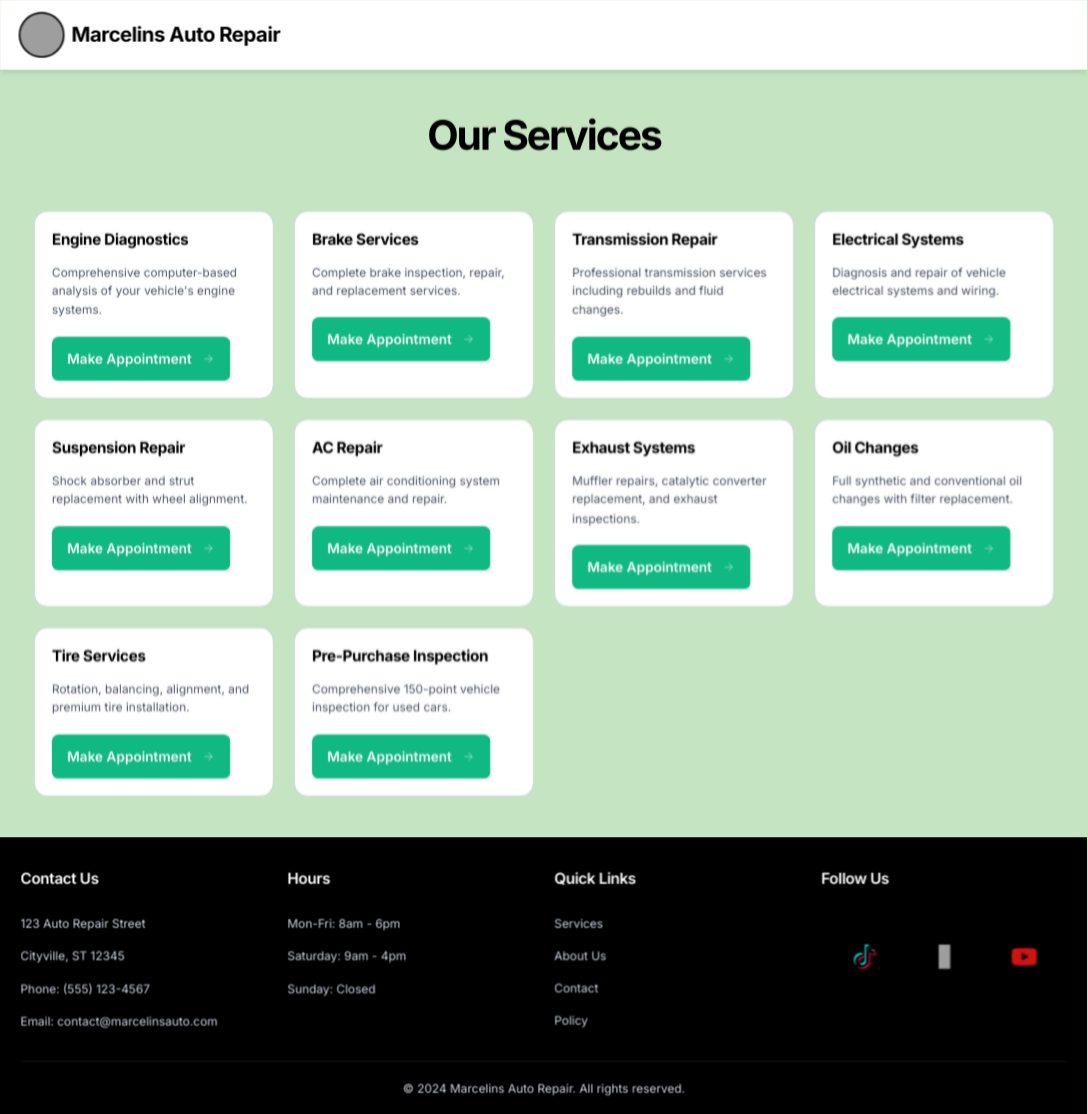
Repository: ilovegames507/twebsite-2
Page: frontend/public/service.html
The author's editor kept a copy of each file at every save. The page is drawn from the files as they stood at one save, then again after the next save.
The browser window is 1280 px wide. The pictures show the whole page, at 85% of full size.
Pictures or frames that could not be fetched are drawn as grey boxes.

Above is the page before, as saved 2025-03-19 00:02:17.

After the next save:
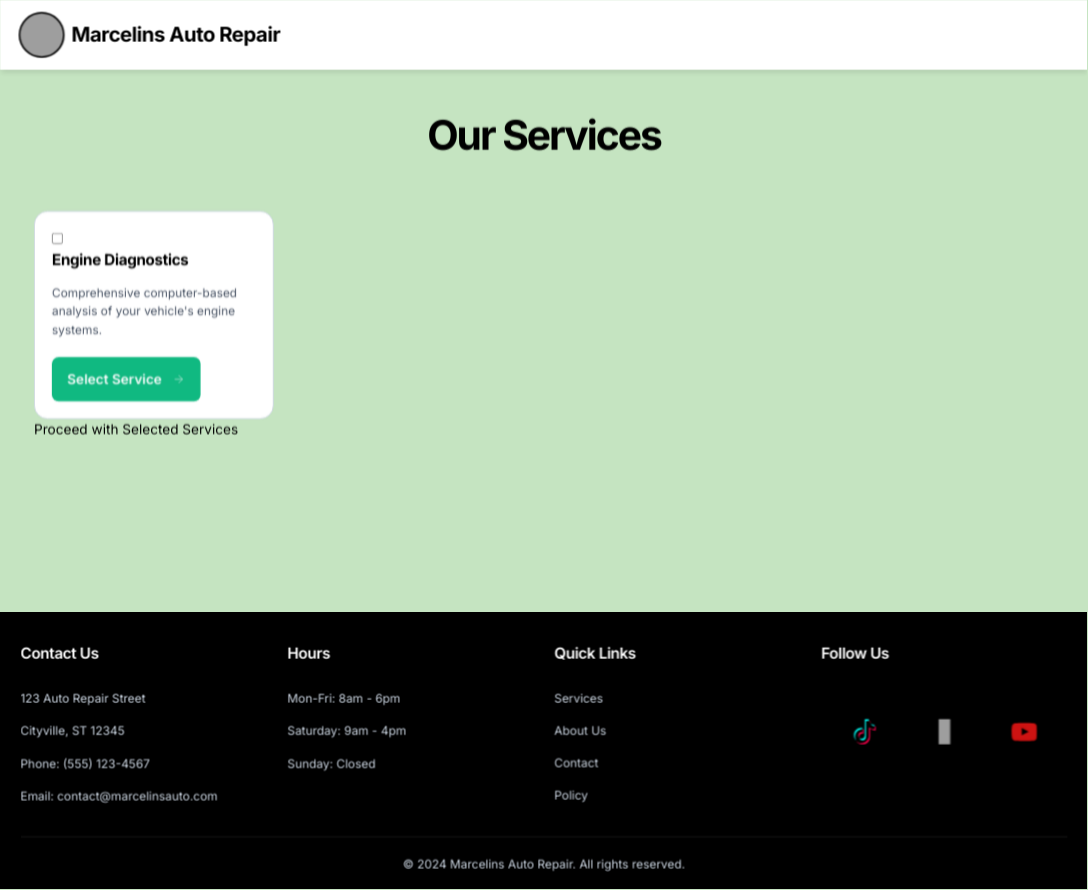
Saved 6 min 45 s later.
--- a/frontend/public/service.html
+++ b/frontend/public/service.html
@@ -24,115 +24,25 @@
     <div class="services__container">
       <h2 class="services__title">Our Services</h2>
       <div class="services__grid">
+        <!-- Modified service card example -->
         <div class="service__card">
+          <input type="checkbox" class="service__checkbox" id="engineDiagnostics">
           <h3 class="service__package">Engine Diagnostics</h3>
           <p class="service__description">Comprehensive computer-based analysis of your vehicle's engine systems.</p>
-          <button class="service__cta">
-            Make Appointment
+          <label for="engineDiagnostics" class="service__cta">
+            <span class="service__cta-text">Select Service</span>
             <svg viewBox="0 0 24 24" fill="none" stroke="currentColor">
               <path d="M5 12h14M12 5l7 7-7 7"/>
             </svg>
-          </button>
+          </label>
         </div>
 
-        <div class="service__card">
-          <h3 class="service__package">Brake Services</h3>
-          <p class="service__description">Complete brake inspection, repair, and replacement services.</p>
-          <button class="service__cta">
-            Make Appointment
-            <svg viewBox="0 0 24 24" fill="none" stroke="currentColor">
-              <path d="M5 12h14M12 5l7 7-7 7"/>
-            </svg>
-          </button>
-        </div>
+        <!-- Repeat similar structure for other services -->
+        <!-- Add checkbox and update labels for each service card -->
 
-        <div class="service__card">
-          <h3 class="service__package">Transmission Repair</h3>
-          <p class="service__description">Professional transmission services including rebuilds and fluid changes.</p>
-          <button class="service__cta">
-            Make Appointment
-            <svg viewBox="0 0 24 24" fill="none" stroke="currentColor">
-              <path d="M5 12h14M12 5l7 7-7 7"/>
-            </svg>
-          </button>
-        </div>
-
-        <div class="service__card">
-          <h3 class="service__package">Electrical Systems</h3>
-          <p class="service__description">Diagnosis and repair of vehicle electrical systems and wiring.</p>
-          <button class="service__cta">
-            Make Appointment
-            <svg viewBox="0 0 24 24" fill="none" stroke="currentColor">
-              <path d="M5 12h14M12 5l7 7-7 7"/>
-            </svg>
-          </button>
-        </div>
-
-        <div class="service__card">
-          <h3 class="service__package">Suspension Repair</h3>
-          <p class="service__description">Shock absorber and strut replacement with wheel alignment.</p>
-          <button class="service__cta">
-            Make Appointment
-            <svg viewBox="0 0 24 24" fill="none" stroke="currentColor">
-              <path d="M5 12h14M12 5l7 7-7 7"/>
-            </svg>
-          </button>
-        </div>
-
-        <div class="service__card">
-          <h3 class="service__package">AC Repair</h3>
-          <p class="service__description">Complete air conditioning system maintenance and repair.</p>
-          <button class="service__cta">
-            Make Appointment
-            <svg viewBox="0 0 24 24" fill="none" stroke="currentColor">
-              <path d="M5 12h14M12 5l7 7-7 7"/>
-            </svg>
-          </button>
-        </div>
-
-        <div class="service__card">
-          <h3 class="service__package">Exhaust Systems</h3>
-          <p class="service__description">Muffler repairs, catalytic converter replacement, and exhaust inspections.</p>
-          <button class="service__cta">
-            Make Appointment
-            <svg viewBox="0 0 24 24" fill="none" stroke="currentColor">
-              <path d="M5 12h14M12 5l7 7-7 7"/>
-            </svg>
-          </button>
-        </div>
-
-        <div class="service__card">
-          <h3 class="service__package">Oil Changes</h3>
-          <p class="service__description">Full synthetic and conventional oil changes with filter replacement.</p>
-          <button class="service__cta">
-            Make Appointment
-            <svg viewBox="0 0 24 24" fill="none" stroke="currentColor">
-              <path d="M5 12h14M12 5l7 7-7 7"/>
-            </svg>
-          </button>
-        </div>
-
-        <div class="service__card">
-          <h3 class="service__package">Tire Services</h3>
-          <p class="service__description">Rotation, balancing, alignment, and premium tire installation.</p>
-          <button class="service__cta">
-            Make Appointment
-            <svg viewBox="0 0 24 24" fill="none" stroke="currentColor">
-              <path d="M5 12h14M12 5l7 7-7 7"/>
-            </svg>
-          </button>
-        </div>
-
-        <div class="service__card">
-          <h3 class="service__package">Pre-Purchase Inspection</h3>
-          <p class="service__description">Comprehensive 150-point vehicle inspection for used cars.</p>
-          <button class="service__cta">
-            Make Appointment
-            <svg viewBox="0 0 24 24" fill="none" stroke="currentColor">
-              <path d="M5 12h14M12 5l7 7-7 7"/>
-            </svg>
-          </button>
-        </div>
+      </div>
+      <div class="selected-services-footer">
+        <button class="proceed-button">Proceed with Selected Services</button>
       </div>
     </div>
   </section>
